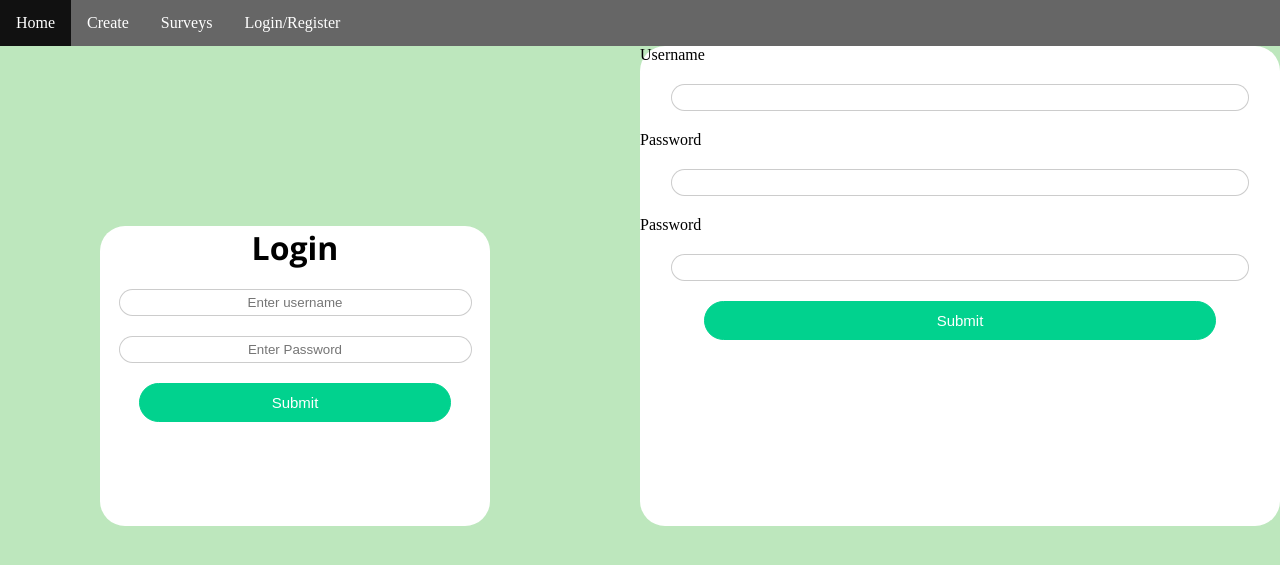
Repository: cakuang1/QuickSurveyReact
Page: /login
These files come from the project's save history. The page is drawn as it stood at one moment and after a run of saves; the edit follows.
The browser window is 1280 px wide. The pictures show the whole page.
The project was rebuilt for these pictures with package versions that can differ from the ones it lists, and the page was loaded fresh each time. Also part of the build but not shown: src/pages/create.js, src/pages/home.js, src/pages/pastsurveys.js.

Above is the page before, as saved 2022-07-21 15:55:12.

### src/index.css
* {
  padding: 0;
  margin: 0;
}

body {


  background-color: rgb(189, 231, 189);



}

### src/App.js
import Create from './pages/create'
import Home from './pages/home'
import CreatedSurveys from './pages/pastsurveys'
import Nav from './components/Nav/Nav';
import Login from "./pages/login"

import {BrowserRouter,Route,Routes} from "react-router-dom";





function App() {
  return (
  <BrowserRouter>
    <Nav/>



    <Routes>
      <Route path='/' element = {<Home/>}></Route>
      <Route path = 'create' element = {<Create/>}></Route>
      <Route path = 'created' element = {<CreatedSurveys/>}></Route>
      <Route path = 'login' element = {<Login/>}></Route>
    </Routes>

  </BrowserRouter>

  );
}

export default App;

### src/components/Nav/Nav.js
import React,{useState} from "react";
import { NavLink } from "react-router-dom";
import './nav.css'



export default function Nav() {

    return (
        <div className="Nav">
            <ul>
                <li className="nav"><NavLink to = "/">Home</NavLink></li>
                <li className="nav"><NavLink to = "create">Create</NavLink></li>
                <li className="nav"><NavLink to = "created">Surveys</NavLink></li>
                <li className="nav"><NavLink to = "login">Login/Register</NavLink></li>
            </ul>
        </div>
    )




}

### src/pages/login.js
import React from 'react'
import './login.css'


function Loginform() {
  function handleSubmit() {




  }
  return (
    <div className='loginform'>
      <h1 className='logintitle'>Login</h1>
      <form>
        <div className="input-container">

          <input type="text" placeholder = "Enter username" name="uname" required />

        </div>
        <div className="input-container">

          <input type="password" placeholder = "Enter Password" name="pass" required />

        </div>
        <div className="button-container">
          <input type="submit" />
        </div>
      </form>
    </div>
  )



}


function Registerform() {


  function handleSubmit() {



  }
  return (
  <div className='registerform'>
      <form>
        <div className="input-container">
          <label>Username </label>
          <input type="text" name="uname" required />

        </div>
        <div className="input-container">
          <label>Password </label>
          <input type="password" name="pass" required />

        </div>
        <div className="input-container">
          <label>Password </label>
          <input type="password" name="passchecker" required />

        </div>
        <div className="button-container">
          <input type="submit" />
        </div>
      </form>
  </div>
  )




}







export default function Login() {

  return (
    <div className='lrcontainer'>
      <div className='logincontainer'>
        <Loginform/>
      </div>
      <div className='registercontainer'>
        <Registerform/>
      </div>
    </div>

  )
}

### src/pages/home.css
h1 {



}


ol {
    font-size: large;




}

### src/components/Nav/nav.css
ul {
    list-style-type: none;
    margin: 0;
    padding: 0;
    overflow: hidden;
    background-color: #666;
  }

  .nav {
    float: left;
  }

  .nav a {
    display: block;
    color: white;
    text-align: center;
    padding: 14px 16px;
    text-decoration: none;
  }



  /* Change the link color to #111 (black) on hover */
  .nav a:hover {
    background-color: #111;
  }

### src/pages/login.css
@import url(https://fonts.googleapis.com/css?family=Open+Sans:400,700);


.lrcontainer {
    display: flex;
}

.logincontainer {
    width: 50%;
    height: 100%;

}

.loginform {
    background-color: white;
    margin: 180px 150px 0px 100px;
    height: 300px;
    border-radius: 25px;
    font-family: 'Open Sans', sans-serif;

}

.logintitle {
    text-align: center;


}

.registercontainer {
    width:50%
}

input[type="text"],
input[type="password"] {
    border-radius: 25px;
  height: 25px;
  border: 1px solid rgba(0, 0, 0, 0.2);
  margin-bottom: 10px;
  align-items: center;
  text-align: center;
  width: 90%;
  margin: 20px auto;
  display: block;
}
input[type="submit"] {
    border-radius: 25px;
    margin-top: 10px;
    cursor: pointer;
    font-size: 15px;
    background: #01d28e;
    border: 1px solid #01d28e;
    color: #fff;
    padding: 10px 20px;
    width: 80%;
    margin: 10px auto;
    display: block;
  }

  .registercontainer {
    background-color: white;
    border-radius: 25px;


  }

Loaded but not shown: public/index.html (common file); src/index.js (common file)

After the next 4 saves:
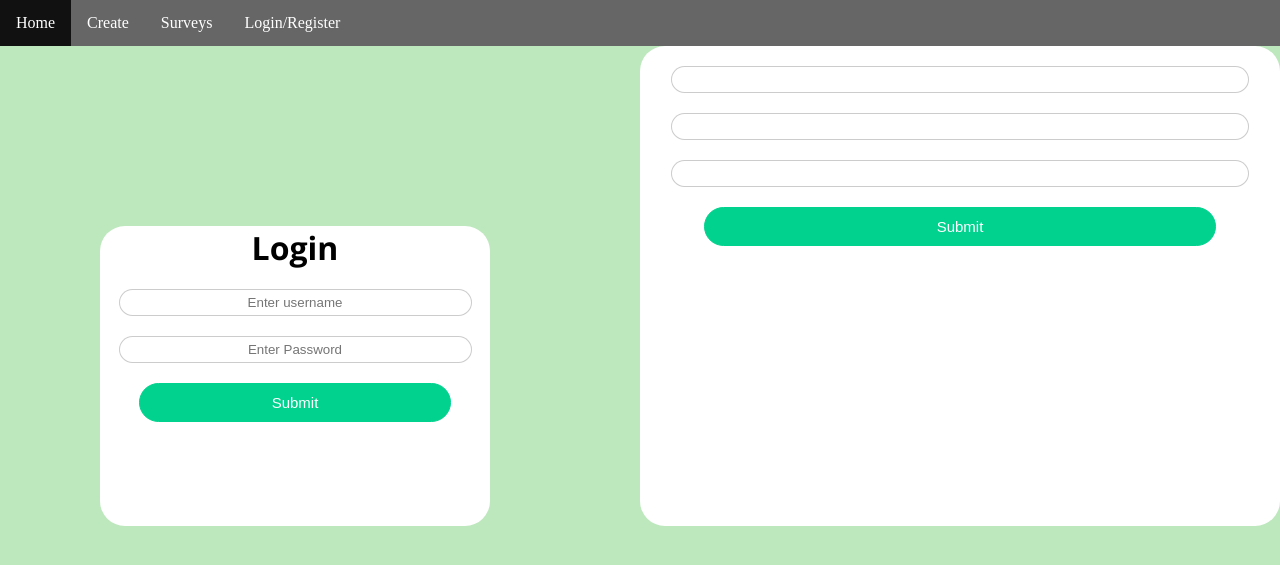
The 4 saves are shown as one change because they came seconds apart.
The last was saved 13 s later.
--- a/src/pages/login.js
+++ b/src/pages/login.js
@@ -47,17 +47,14 @@ function Registerform() {
   <div className='registerform'>
       <form>
         <div className="input-container">
-          <label>Username </label>
-          <input type="text" name="uname" required />
+          <input type="text" name="uname" placeholder='' required />
 
         </div>
         <div className="input-container">
-          <label>Password </label>
           <input type="password" name="pass" required />
 
         </div>
         <div className="input-container">
-          <label>Password </label>
           <input type="password" name="passchecker" required />
 
         </div>
